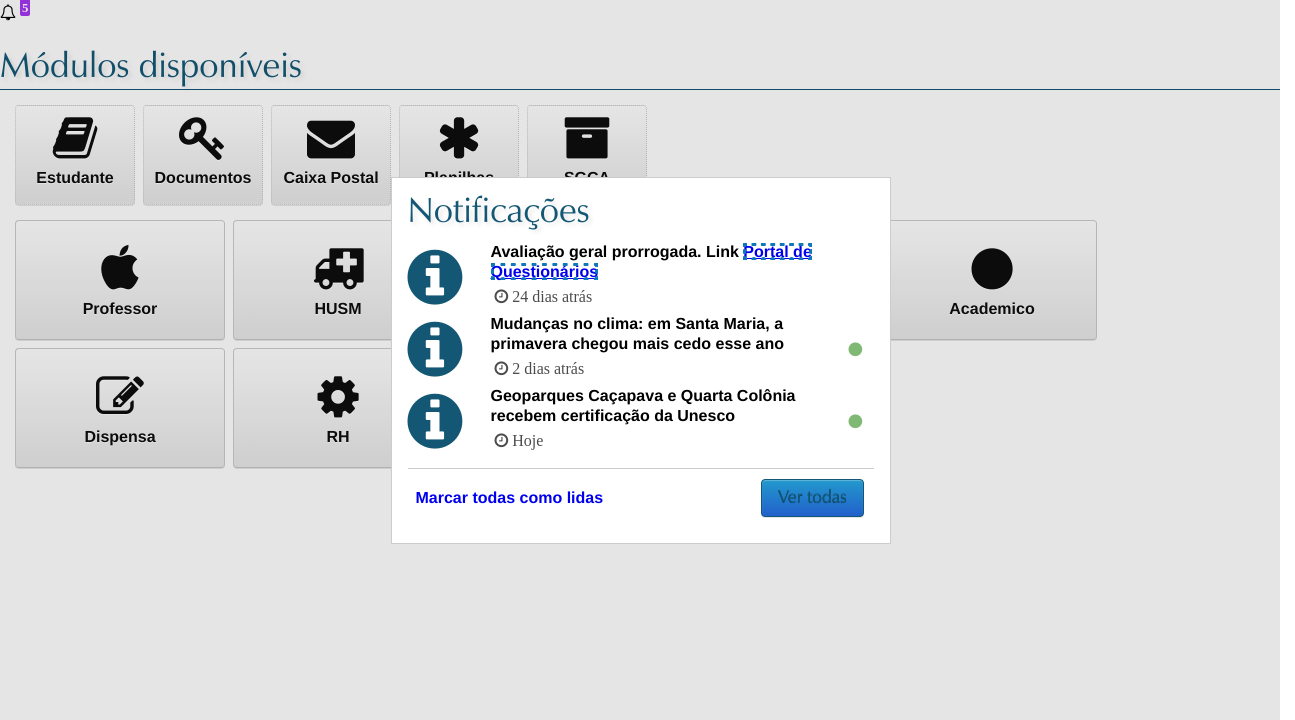
Repository: evertonagilar/study
Page: css/css-notificacao-dialog/index.html
An editor plug-in stored every save of this project. The page is shown before and after the next save, followed by the edit.
The browser window is 1280 px wide. The page is 1295 px wide, so the pictures cover 1295 px, including what lies to the right of the window. The pictures show the whole page.
After loading, the first visible `span.dashboard-notificacoes-button` was clicked once.

Above is the page before, as saved 2023-09-11 22:21:54.

After the next save:
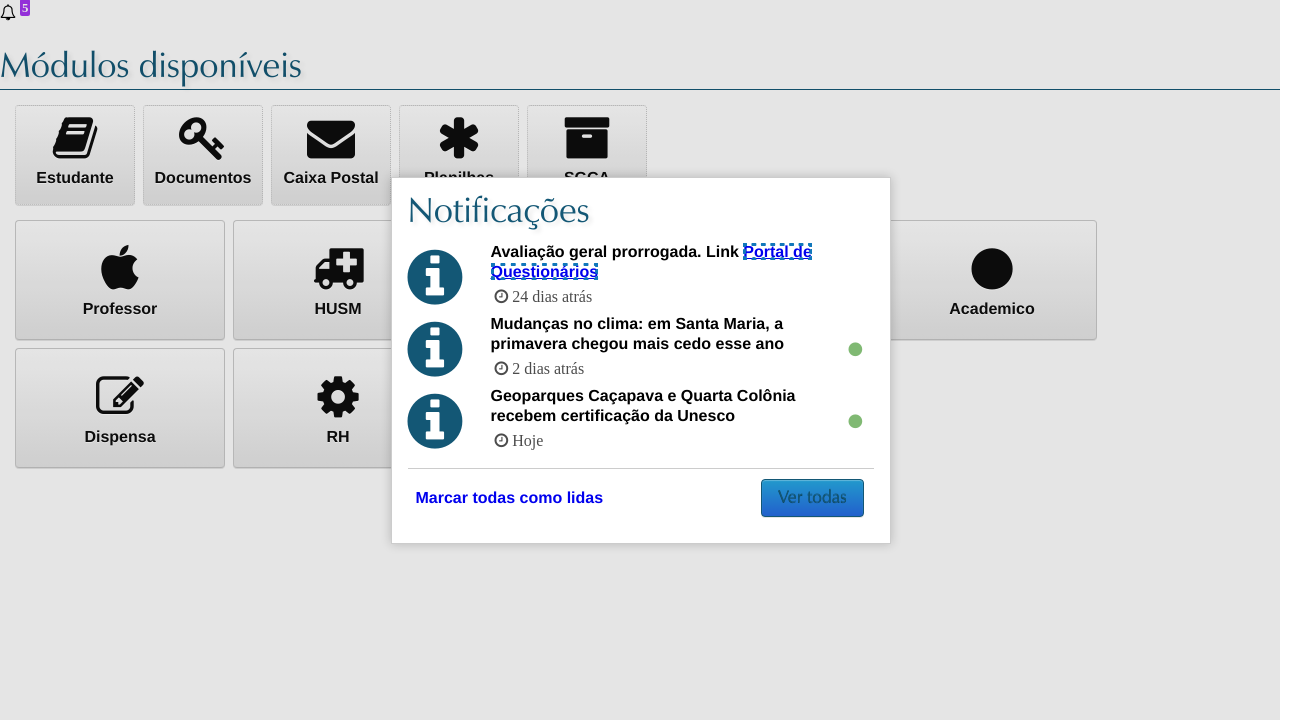
Saved 3 min 9 s later.
--- a/css/css-notificacao-dialog/css/style.css
+++ b/css/css-notificacao-dialog/css/style.css
@@ -140,7 +140,7 @@
     z-index: 200;
     border: 1px solid #ccc;
     /* padding: 16px; */
-
+    box-shadow: 0px 0px 10px rgba(0, 0, 0, 0.2);
 
 }
 
